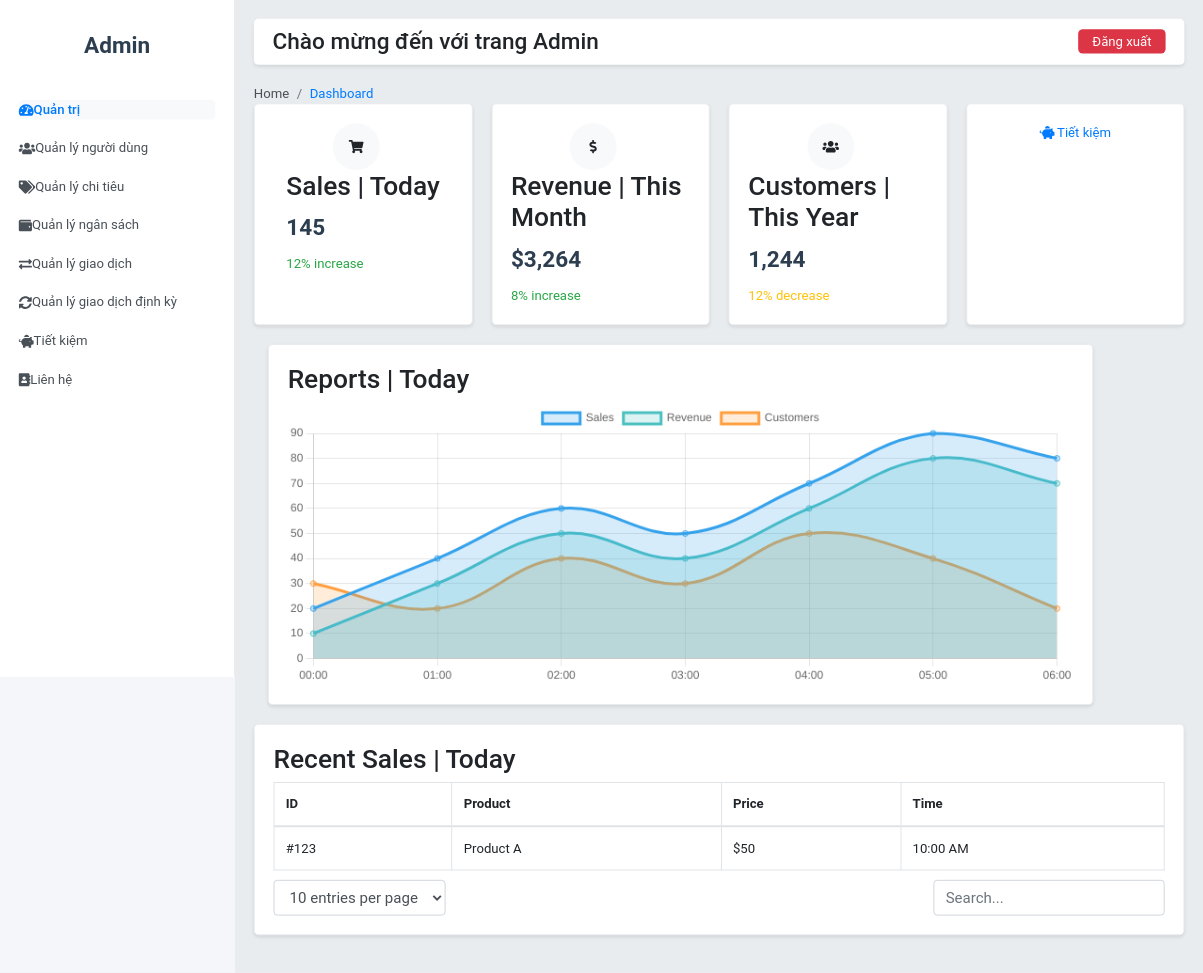
Repository: PhanVanHoa051204/Project3
Page: http://localhost/Project3/dashboard.jsp
These files come from the project's save history. The page is drawn as it stood at one moment and after the next save; the edit follows.
The browser window is 1280 px wide. The pictures show the whole page, at 94% of full size.
The page is served by Tomcat 9. Other server files are loaded and not shown.

Above is the page before, as saved 2025-03-15 00:23:49.
Console error: TypeError: Cannot read properties of null (reading 'getContext')

### PhanVanHoa_2210900023_K22CNT1/Project3/src/main/webapp/dashboard.jsp
<%@ page language="java" contentType="text/html; charset=UTF-8"
	pageEncoding="UTF-8"%>
<!DOCTYPE html>
<html lang="en">
<head>
<meta charset="UTF-8">
<meta name="viewport" content="width=device-width, initial-scale=1.0">
<title>Admin</title>
<link rel="stylesheet"
	href="https://cdn.jsdelivr.net/npm/bootstrap@4.5.3/dist/css/bootstrap.min.css">
<script src="https://cdn.jsdelivr.net/npm/chart.js"></script>
<script
	src="https://cdnjs.cloudflare.com/ajax/libs/font-awesome/5.15.4/js/all.min.js"></script>
<link rel="stylesheet" href="style.css">
<script src="https://cdn.jsdelivr.net/npm/chart.js"></script>
</head>
<body>
	<div class="container-fluid">
		<div class="row">
			<!-- Sidebar -->
			<div class="sidebar">
				<div class="logo">Admin</div>
				<ul>
					<li class="active"><a href="#"><i
							class="fas fa-tachometer-alt"></i> Quản trị</a></li>
					<li><a
						href="${pageContext.request.contextPath}/NguoiDung/users.jsp"><i
							class="fas fa-users"></i> Quản lý người dùng</a></li>
					<li><a
						href="${pageContext.request.contextPath}/ChiTieu/categories.jsp"><i
							class="fas fa-tags"></i> Quản lý chi tiêu</a></li>
					<li><a
						href="${pageContext.request.contextPath}/NganSach/budgets.jsp"><i
							class="fas fa-wallet"></i> Quản lý ngân sách</a></li>
					<li><a
						href="${pageContext.request.contextPath}/GiaoDich/transactions.jsp"><i
							class="fas fa-exchange-alt"></i> Quản lý giao dịch</a></li>
					<li><a
						href="${pageContext.request.contextPath}/GDDinhKy/recurringtransactions.jsp"><i
							class="fas fa-sync-alt"></i> Quản lý giao dịch định kỳ</a></li>
					<li><a
						href="${pageContext.request.contextPath}/TietKiem/goals.jsp"><i
							class="fas fa-piggy-bank"></i> Tiết kiệm</a></li>
					<li><a href="https://web.facebook.com/PhanHoa05122004"><i
							class="fas fa-address-book"></i> Liên hệ</a></li>
				</ul>
			</div>

			<!-- Main Content -->
			<div class="main-content">
				<header>
					<div class="">
						<h1>Chào mừng đến với trang Admin</h1>
					</div>
					<div class="submit-section">
						<a href="login.jsp" class="logout-btn">Đăng xuất</a>
					</div>
				</header>

				<!-- Dashboard Content -->
				<div class="dashboard-content">
					<nav aria-label="breadcrumb">
						<ol class="breadcrumb">
							<li class="breadcrumb-item"><a href="dashboard.jsp">Home</a></li>
							<li class="breadcrumb-item active" aria-current="page">Dashboard</li>
						</ol>
					</nav>

					<div class="cards">
						<div class="card stats-card">
							<div class="card-icon">
								<i class="fas fa-shopping-cart"></i>
							</div>
							<div class="card-content">
								<h3>Sales | Today</h3>
								<p class="stats-value">145</p>
								<span class="stats-change text-success">12% increase</span>
							</div>
						</div>
						<div class="card stats-card">
							<div class="card-icon">
								<i class="fas fa-dollar-sign"></i>
							</div>
							<div class="card-content">
								<h3>Revenue | This Month</h3>
								<p class="stats-value">$3,264</p>
								<span class="stats-change text-success">8% increase</span>
							</div>
						</div>
						<div class="card stats-card">
							<div class="card-icon">
								<i class="fas fa-users"></i>
							</div>
							<div class="card-content">
								<h3>Customers | This Year</h3>
								<p class="stats-value">1,244</p>
								<span class="stats-change text-warning">12% decrease</span>
							</div>
						</div>
						<div class="card stats-card">
							<div class="card-content">
								<a href="${pageContext.request.contextPath}/TietKiem/goals.jsp" class=""><i
									class="fas fa-piggy-bank"></i> Tiết kiệm</a>
							</div>
						</div>
					</div>

					<div class="col-md-15">
						<div class="col-md-11">
							<div class="chart-section">
								<h3>Reports | Today</h3>
								<canvas id="reportsChart"></canvas>
							</div>
						</div>

					</div>

					<div class="recent-sales">
						<h3>Recent Sales | Today</h3>
						<table class="table table-bordered">
							<thead>
								<tr>
									<th>ID</th>
									<th>Product</th>
									<th>Price</th>
									<th>Time</th>
								</tr>
							</thead>
							<tbody>
								<tr>
									<td>#123</td>
									<td>Product A</td>
									<td>$50</td>
									<td>10:00 AM</td>
								</tr>
							</tbody>
						</table>
						<div class="table-footer">
							<select class="form-control d-inline-block w-auto">
								<option>10 entries per page</option>
							</select> <input type="text"
								class="form-control d-inline-block w-auto ml-2"
								placeholder="Search...">
						</div>
					</div>
				</div>
			</div>
		</div>
	</div>

	<!-- Scripts -->
	<script>
		// Reports Chart
		const reportsCtx = document.getElementById('reportsChart').getContext(
				'2d');
		new Chart(reportsCtx, {
			type : 'line',
			data : {
				labels : [ '00:00', '01:00', '02:00', '03:00', '04:00',
						'05:00', '06:00' ],
				datasets : [ {
					label : 'Sales',
					data : [ 20, 40, 60, 50, 70, 90, 80 ],
					borderColor : 'rgba(54, 162, 235, 1)',
					backgroundColor : 'rgba(54, 162, 235, 0.2)',
					fill : true,
					tension : 0.4
				}, {
					label : 'Revenue',
					data : [ 10, 30, 50, 40, 60, 80, 70 ],
					borderColor : 'rgba(75, 192, 192, 1)',
					backgroundColor : 'rgba(75, 192, 192, 0.2)',
					fill : true,
					tension : 0.4
				}, {
					label : 'Customers',
					data : [ 30, 20, 40, 30, 50, 40, 20 ],
					borderColor : 'rgba(255, 159, 64, 1)',
					backgroundColor : 'rgba(255, 159, 64, 0.2)',
					fill : true,
					tension : 0.4
				} ]
			},
			options : {
				scales : {
					y : {
						beginAtZero : true
					}
				}
			}
		});

		// Budget Chart (Radar Chart)
		const budgetCtx = document.getElementById('budgetChart').getContext(
				'2d');
		new Chart(budgetCtx, {
			type : 'radar',
			data : {
				labels : [ 'Administration', 'Marketing', 'Development',
						'Sales', 'on Technology' ],
				datasets : [ {
					label : 'Allocated Budget',
					data : [ 65, 59, 80, 81, 56 ],
					backgroundColor : 'rgba(54, 162, 235, 0.2)',
					borderColor : 'rgba(54, 162, 235, 1)',
					borderWidth : 2
				}, {
					label : 'Actual Spending',
					data : [ 28, 48, 40, 19, 86 ],
					backgroundColor : 'rgba(75, 192, 192, 0.2)',
					borderColor : 'rgba(75, 192, 192, 1)',
					borderWidth : 2
				} ]
			},
			options : {
				scales : {
					r : {
						beginAtZero : true
					}
				}
			}
		});
	</script>
</html>

### PhanVanHoa_2210900023_K22CNT1/Project3/src/main/webapp/style.css
* {
    margin: 0;
    padding: 0;
    box-sizing: border-box;
    font-family: 'Roboto', sans-serif;
}

body {
    background-color: #f4f6f9;
    font-size: 14px;
    min-height: 100vh;
    overflow-x: hidden;
}

.container-fluid {
    padding: 0;
}

.row {
    margin: 0;
}

/* Sidebar */
.sidebar {
    width: 250px;
    background-color: #fff;
    padding: 20px 0;
    border-right: 1px solid #e9ecef;
    height: 100vh;
    position: fixed;
    top: 0;
    left: 0;
    overflow-y: auto;
    z-index: 1000;
}

.logo {
    font-size: 24px;
    font-weight: 700;
    color: #2c3e50;
    text-align: center;
    padding: 10px 0;
    margin-bottom: 20px;
}

.sidebar ul {
    list-style: none;
    padding: 0;
}

.sidebar ul li {
    padding: 10px 20px;
}

.sidebar ul li a {
    color: #495057;
    text-decoration: none;
    display: flex;
    align-items: center;
    transition: all 0.3s;
}

.sidebar ul li a i {
    margin-right: 10px;
}

.sidebar ul li.active a, .sidebar ul li a:hover {
    color: #007bff;
    background-color: #f8f9fa;
    border-radius: 5px;
}

.sidebar ul li.active a {
    font-weight: 500;
}

/* Main Content */
.main-content {
    margin-left: 250px;
    padding: 20px;
    flex: 1;
    min-height: 100vh;
    background-color: #e9ecef;
    overflow-y: auto;
    position: relative;
    z-index: 1;
}

header {
    display: flex;
    justify-content: space-between;
    align-items: center;
    margin-bottom: 20px;
    background: #fff;
    padding: 10px 20px;
    border-radius: 5px;
    box-shadow: 0 2px 4px rgba(0, 0, 0, 0.1);
    position: sticky;
    top: 0;
    z-index: 10;
}

header h1 {
    margin: 0;
    font-size: 24px;
}

.submit-section .logout-btn {
    padding: 5px 15px;
    background-color: #dc3545;
    color: #fff;
    text-decoration: none;
    border-radius: 5px;
}

.submit-section .logout-btn:hover {
    background-color: #c82333;
}

.dashboard-content {
    padding: 0;
}

.breadcrumb {
    background: transparent;
    padding: 0;
    margin: 0;
}

.breadcrumb-item a {
    color: #495057;
}

.breadcrumb-item.active {
    color: #007bff;
}

.cards {
    display: flex;
    justify-content: space-between;
    margin-bottom: 20px;
    gap: 20px;
    flex-wrap: wrap;
}

.card {
    background: #fff;
    border: 1px solid #e9ecef;
    border-radius: 5px;
    padding: 20px;
    box-shadow: 0 2px 4px rgba(0, 0, 0, 0.1);
    flex: 1;
    min-width: 200px;
    display: flex;
    align-items: center;
    transition: transform 0.3s;
}

.card:hover {
    transform: translateY(-5px);
}

.card-icon {
    width: 50px;
    height: 50px;
    background: #f8f9fa;
    border-radius: 50%;
    display: flex;
    align-items: center;
    justify-content: center;
    margin-right: 15px;
}

.card-icon i {
    font-size: 24px;
    color: #6c757d;
}

.card-content {
    flex: 1;
    text-align: left;
}

.stats-value {
    font-size: 24px;
    font-weight: 700;
    color: #2c3e50;
    margin: 10px 0;
}

.stats-change {
    font-size: 14px;
    display: block;
}

.text-success {
    color: #28a745;
}

.text-warning {
    color: #ffc107;
}

.chart-section {
    background: #fff;
    border: 1px solid #e9ecef;
    border-radius: 5px;
    padding: 20px;
    margin-bottom: 20px;
    box-shadow: 0 2px 4px rgba(0, 0, 0, 0.1);
}

.chart-section canvas {
    max-height: 300px;
    width: 100% !important; /* Đảm bảo canvas chiếm toàn bộ chiều rộng */
    height: auto !important; /* Tự động điều chỉnh chiều cao */
}

.recent-sales {
    background: #fff;
    border: 1px solid #e9ecef;
    border-radius: 5px;
    padding: 20px;
    margin-bottom: 20px;
    box-shadow: 0 2px 4px rgba(0, 0, 0, 0.1);
}

.table {
    margin-bottom: 0;
}

.table-footer {
    margin-top: 10px;
    display: flex;
    justify-content: space-between;
}

After the next save:
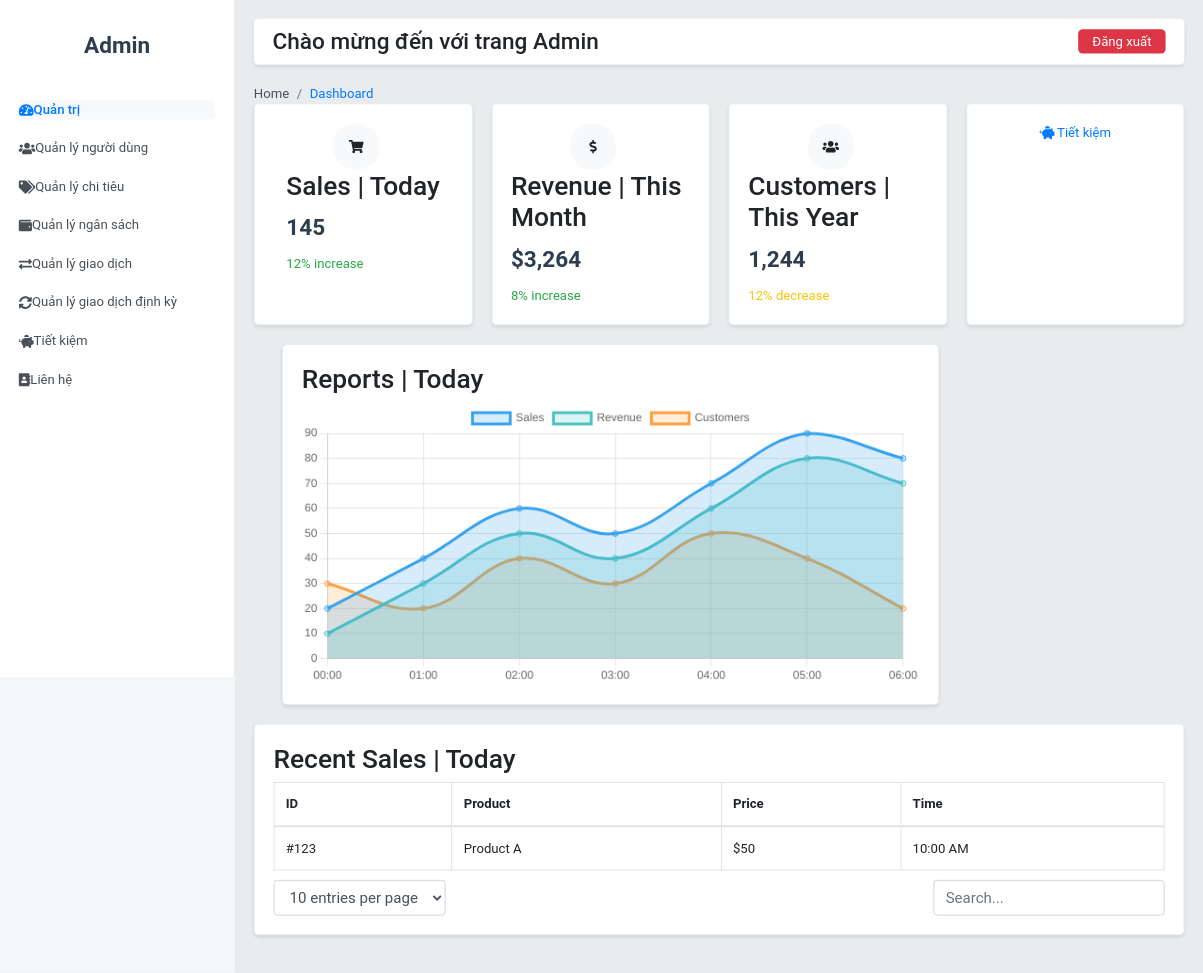
Saved 9 s later.
--- a/PhanVanHoa_2210900023_K22CNT1/Project3/src/main/webapp/dashboard.jsp
+++ b/PhanVanHoa_2210900023_K22CNT1/Project3/src/main/webapp/dashboard.jsp
@@ -105,7 +105,7 @@
 						</div>
 					</div>
 
-					<div class="col-md-15">
+					<div class="col-md-10">
 						<div class="col-md-11">
 							<div class="chart-section">
 								<h3>Reports | Today</h3>
